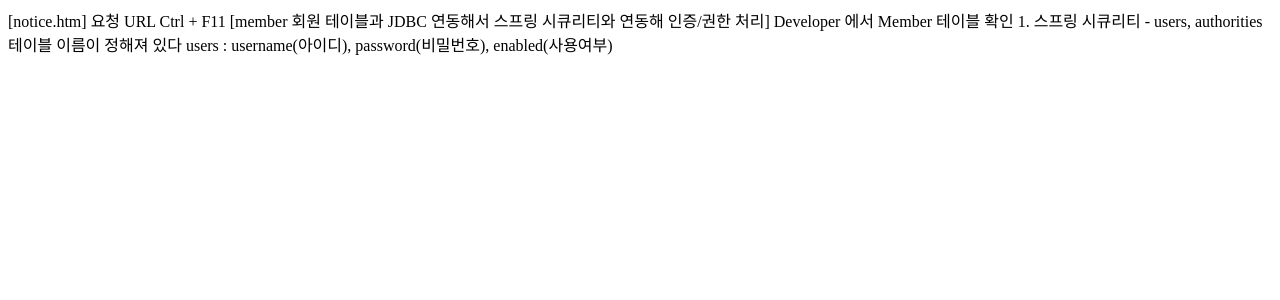
Repository: Vida0822/-
Page: SL11_SECURITY2_JDBC/src/main/webapp/customer/notice.htm
An editor plug-in stored every save of this project. The page is shown before and after the next save, followed by the edit.
The browser window is 1280 px wide. The pictures show the whole page.

Above is the page before, as saved 2023-07-05 00:26:10.

After the next save:
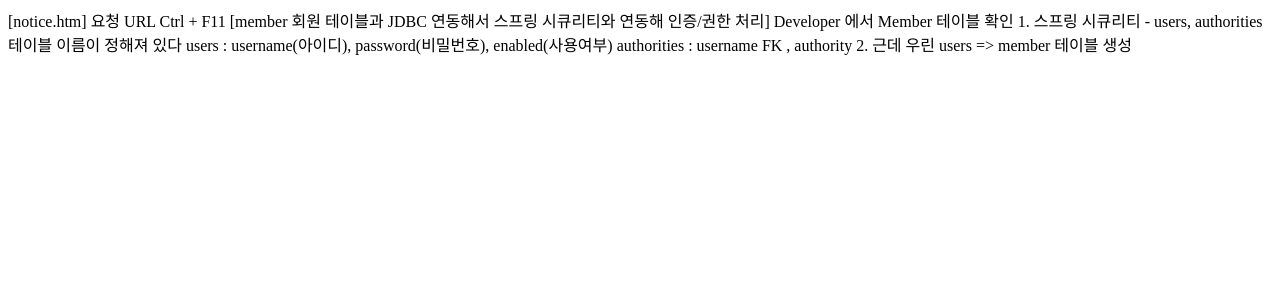
Saved 2 min 20 s later.
--- a/SL11_SECURITY2_JDBC/src/main/webapp/customer/notice.htm
+++ b/SL11_SECURITY2_JDBC/src/main/webapp/customer/notice.htm
@@ -8,3 +8,7 @@ Ctrl + F11
 1. 스프링 시큐리티 -  users, authorities 테이블 이름이 정해져 있다
 
 	users : username(아이디), password(비밀번호), enabled(사용여부)
+	authorities : username FK , authority
+
+
+2. 근데 우린 users => member 테이블 생성
